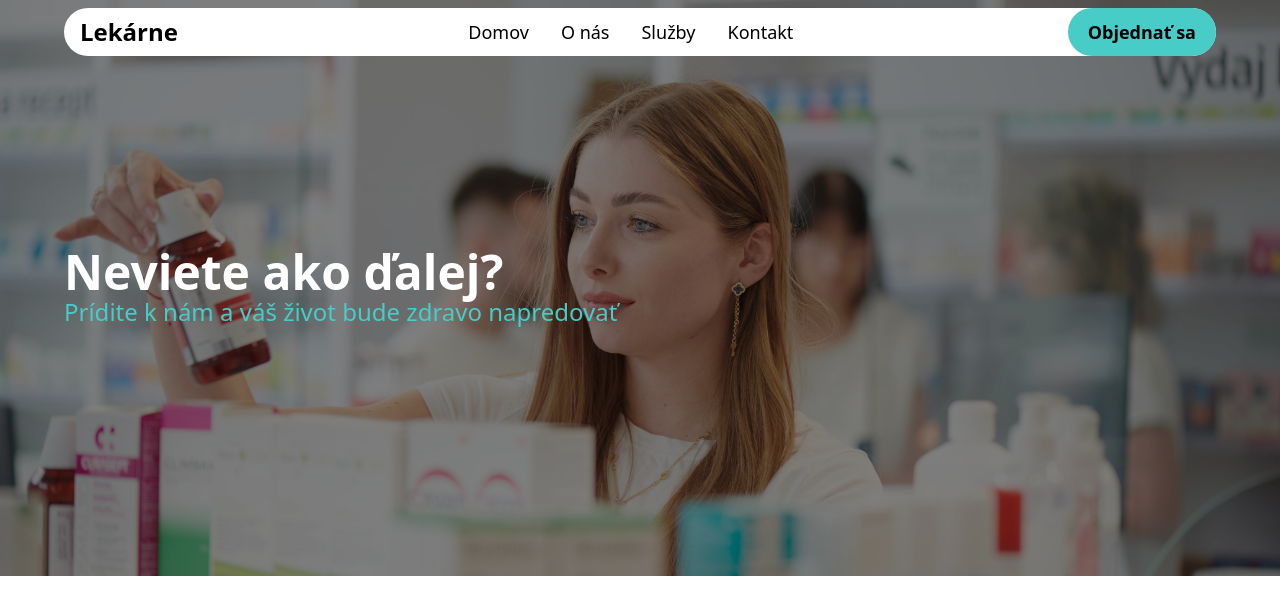
Repository: SimonSkoda13/Lekaren
Page: /
These files come from the project's save history. The page is drawn as it stood at one moment and after the next save; the edit follows.
The browser window is 1280 px wide. The pictures show the whole page.
The project was rebuilt for these pictures with package versions that can differ from the ones it lists, and the page was loaded fresh each time. The framework's server and built-in components were replaced by stand-ins that run in the browser. Also part of the build but not shown: next.config.js.

Above is the page before, as saved 2023-04-22 17:16:27.

After the next save:
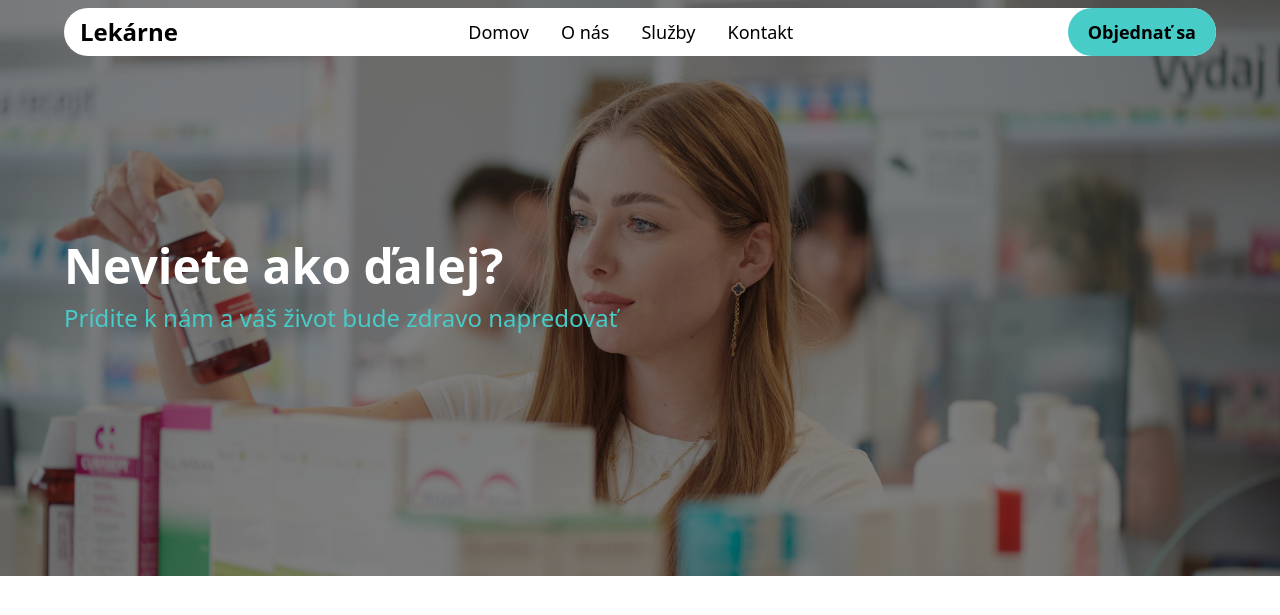
Saved 26 s later.
--- a/src/app/components/HomeHero/HomeHero.tsx
+++ b/src/app/components/HomeHero/HomeHero.tsx
@@ -26,7 +26,7 @@ export const HomeHero = (props: HomeHeroProps) => {
           />
         </ImageGradient>
       </div>
-      <div className="cntn relative  h-full flex justify-center flex-wrap flex-col z-10">
+      <div className="cntn relative gap-3 h-full flex justify-center flex-wrap flex-col z-10">
         <h1 className="text-5xl font-bold text-white">{title}</h1>
         <p className="text-2xl text-primary">{description}</p>
       </div>
